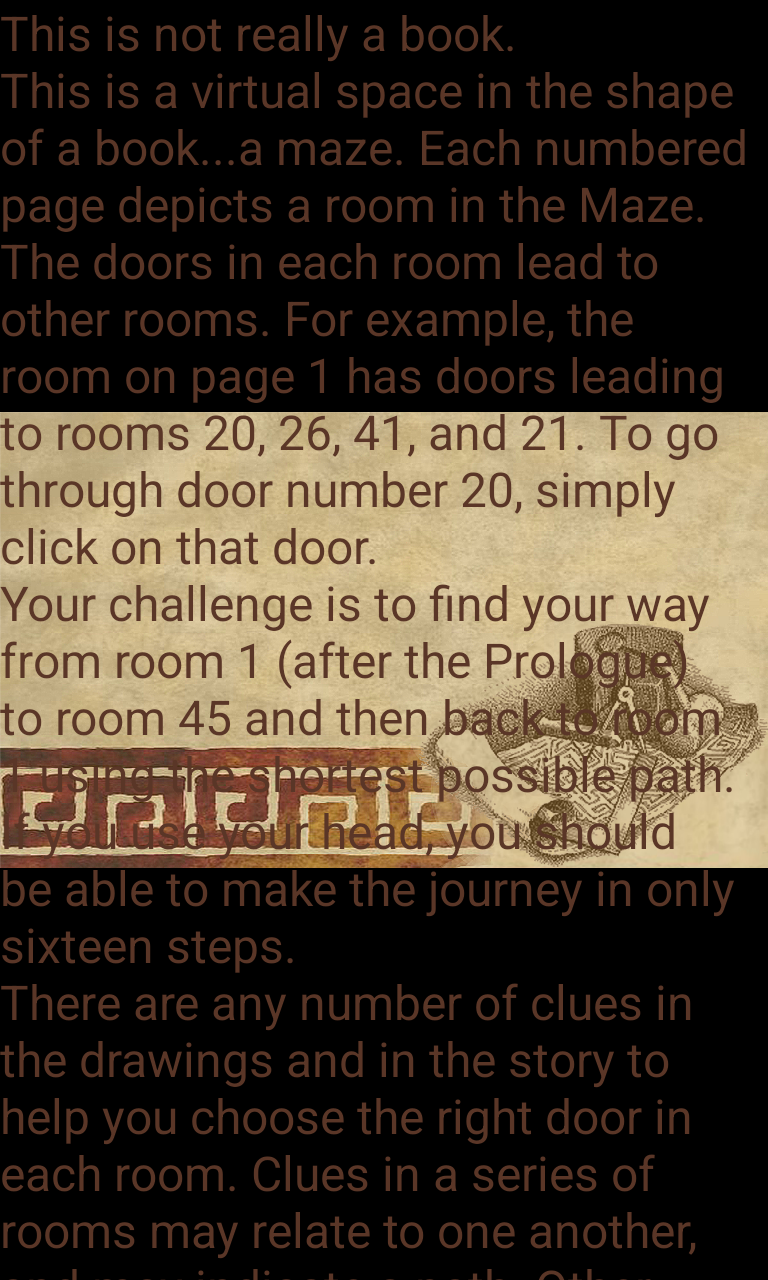
Repository: RandyLedbetter/maze
Layout: MazeTest/res/layout/activity_directions.xml
The author's editor kept a copy of each file at every save. The layout is drawn from the files as they stood at one save, then again after the next save.
It is drawn on a 768 x 1280 px phone screen (xhdpi) without system bars, with theme android:Theme.NoTitleBar.Fullscreen; the app's code is not run.

Above is the layout before, as saved 2014-04-25 01:04:23.

After the next save:
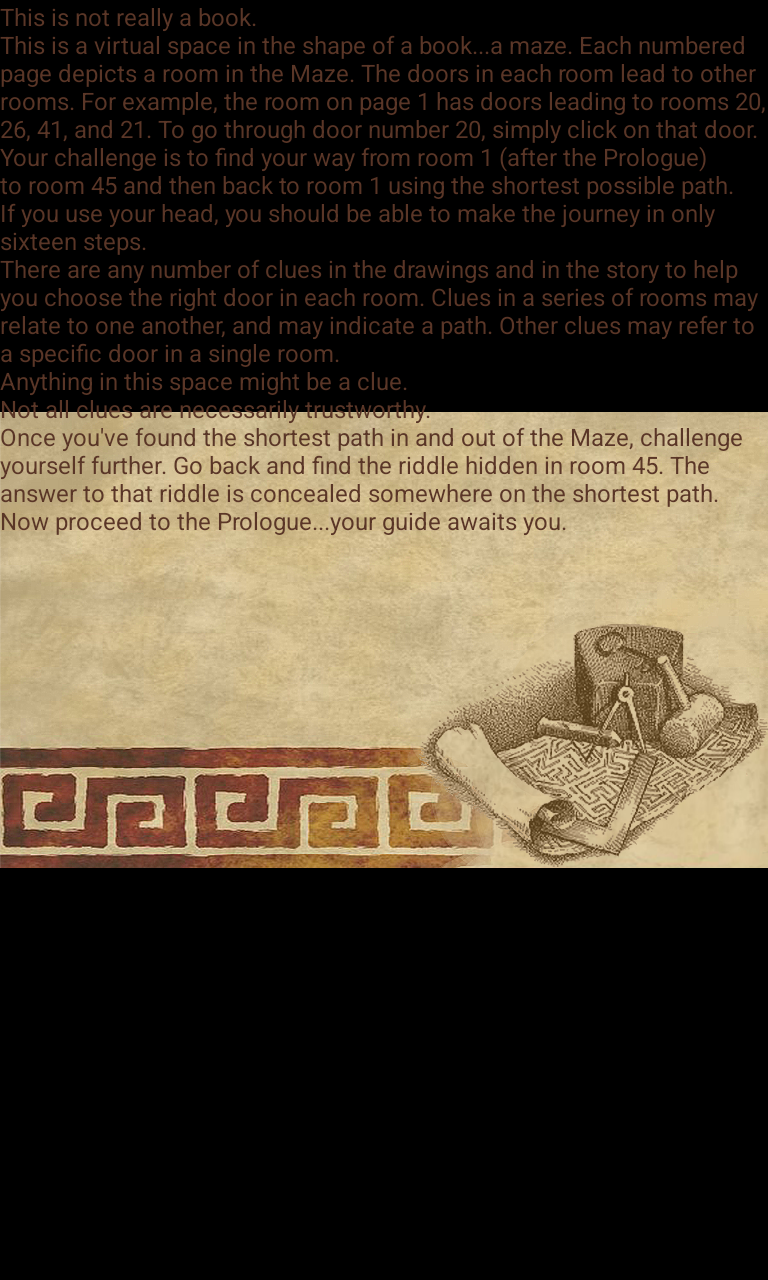
Saved 3 min 0 s later.
--- a/MazeTest/res/values/dimens.xml
+++ b/MazeTest/res/values/dimens.xml
@@ -10,6 +10,6 @@
     <dimen name="captions_height">55dp</dimen>
     <dimen name="dashboard_btn_padding_right">40dp</dimen>
     <dimen name="dashboard_btn_text_size">18sp</dimen>
-    <dimen name="directions_text_size">24sp</dimen>
+    <dimen name="directions_text_size">12sp</dimen>
 
 </resources>
